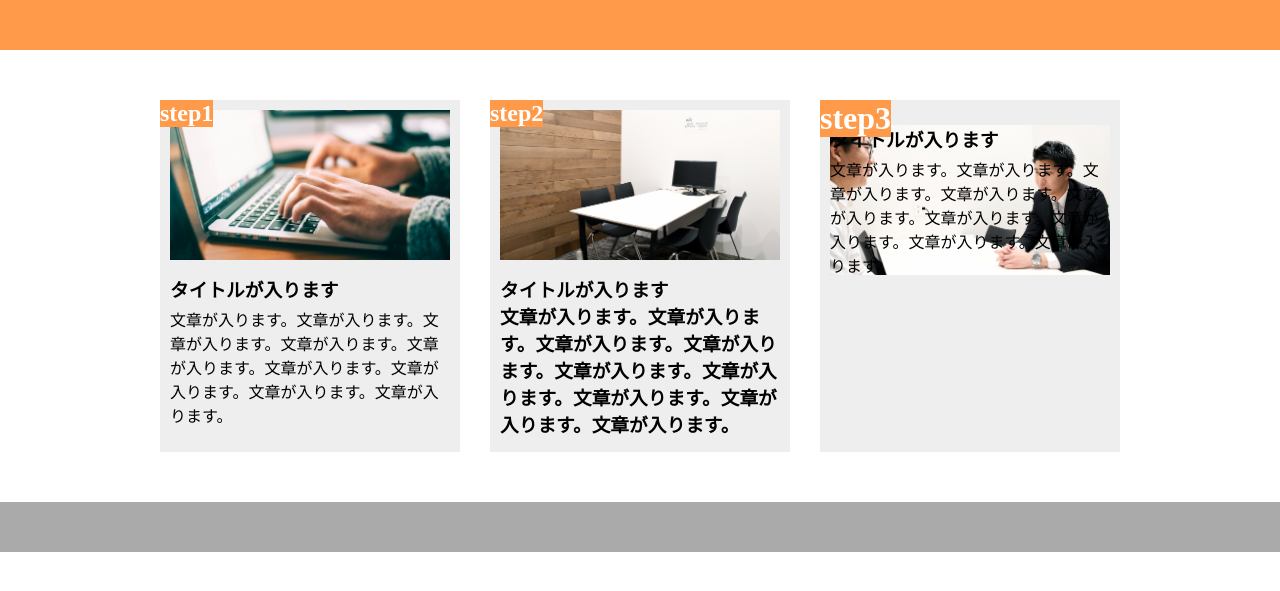
Repository: rie-koyuzu/kadai
Page: kadai/index.html
The author's editor kept a record of every edit. The page is drawn from the files as they stood at one moment, then again after the next edit.
The browser window is 1280 px wide. The pictures show the whole page.
Some web libraries are served in a nearby version.

Above is the page before.

### kadai/index.html
<!DOCTYPE html>
<html lang="ja">

  <head>

    <meta charset="UTF-8" />
    <script src="https://kit.fontawesome.com/42ccd6fdce.js" crossorigin="anonymous"></script>
    <link rel="stylesheet" href="style.css" />
    <title>chapter10</title>
  </head>


  <body>
    <header>
      <div class="header"></div>
    </header>


<main>
    <div class="step-box">
      <h1><div class="step1-item"></h1>
        <!--<section class="main-step-text">-->
          <h2 class="step-num">step1</h2>
          <h3 class="step-title">タイトルが入ります</h3>
          <p>文章が入ります。文章が入ります。文章が入ります。文章が入ります。文章が入ります。文章が入ります。文章が入ります。文章が入ります。文章が入ります。
          </p>
          <!--</section>-->
          </div>
          </div>

    <div class="step-box">
      <h1><div class="step2-item"></h1>
        <!--<section class="main-step-text">-->
          <h2 class="step-num">step2</h2>
          <h3 class="step-title">タイトルが入ります
          <p>文章が入ります。文章が入ります。文章が入ります。文章が入ります。文章が入ります。文章が入ります。文章が入ります。文章が入ります。文章が入ります。
          </p>
         <!--</section>-->
          </div>
          </div>

   <div class="step-box">
     <div class="step3-item">
        <!--<section class="main-step-text">-->
          <h1 class="step-num">step3</h1>
          <h3 class="step-title">タイトルが入ります</h3>
          <p>文章が入ります。文章が入ります。文章が入ります。文章が入ります。文章が入ります。文章が入ります。文章が入ります。文章が入ります。文章が入ります。
          </p>
          <!--</section>-->
          </div>
          </div>

    </div>
  </main>





<footer>
    <div class="footer"></div>
    </footer>



  </body>
</html>

### kadai/style.css
* {
  box-sizing: border-box;
  margin: 0;
  padding: 0;
}


header {
  height: 50px;
  background-color: #ff9a4b;
}

main {
  width: 960px;
  display: flex;
  margin: 50px auto;
}

.step-box {
  width: 300px;
  margin-right: 30px;
  padding: 10px;
  position: relative;
  background-color: #eeeeee;
}

.step-box:last-child {
  margin-right: 0;
}

.step1-item {
  height: 150px;
  background-image: url(img/flow01.png);
  background-position: bottom;
  background-size: cover;
}

.step2-item {
  height: 150px;
  background-image: url(img/flow02.png);
  background-position: bottom;
  background-size: cover;
}

.step3-item {
  height: 150px;
  background-image: url(img/flow03.png);
  background-position: bottom;
  background-size: cover;
}

.step-num {
  position: absolute;
  top: 0;
  left: 0;
  background-color: #ff9a4b;
  color: #ffffff;
}

.step-title {
  margin: 15px 0 5px;
}


footer {
  height: 50px;
  background-color: #aaaaaa;
}

@media screen and (max-width: 768px) {
  header {
    width: 100%;
  }

  main {
    width: 100%;
    display: block;
    margin-top: 50px;
    margin-left: 10%;
    margin-right: 10%;
  }

  .step-box {
    padding-top: 50px;
    margin-top: 20px;
    width: 100%;
  }

  .step1-item {
    height: 150px;

  }

  .step2-item {
    width: 100%;
  }

  .step3-item {
    width: 100%;
  }

After the next edit:
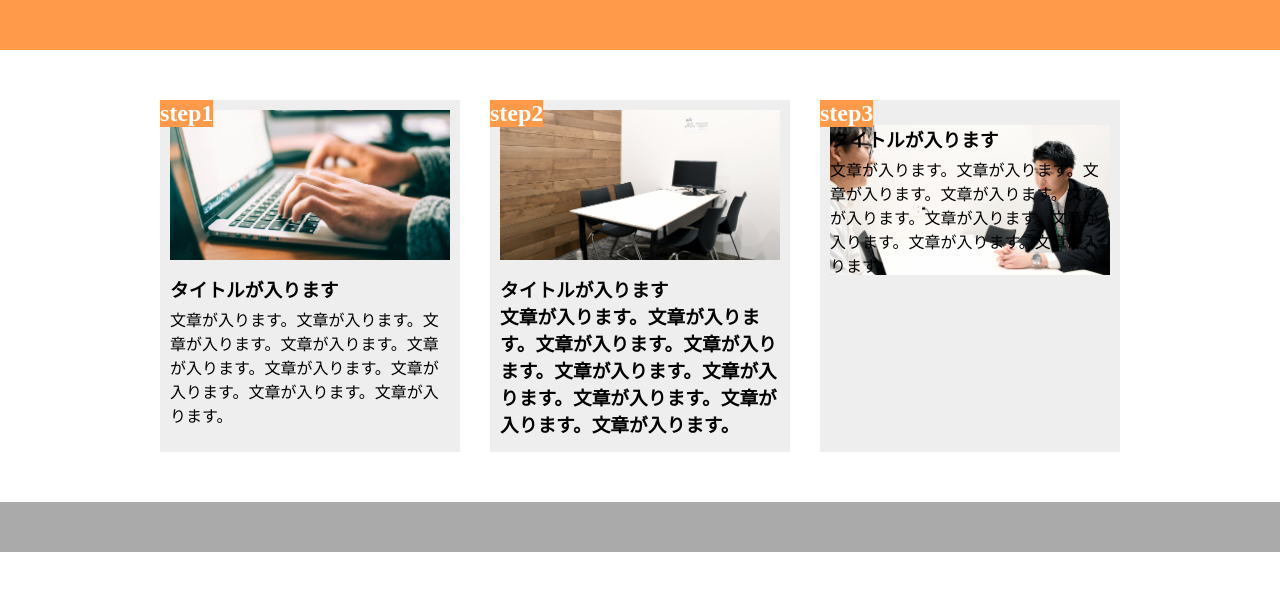
The edit:
--- a/kadai/index.html
+++ b/kadai/index.html
@@ -42,7 +42,7 @@
    <div class="step-box">
      <div class="step3-item">
         <!--<section class="main-step-text">-->
-          <h1 class="step-num">step3</h1>
+          <h2 class="step-num">step3</h2>
           <h3 class="step-title">タイトルが入ります</h3>
           <p>文章が入ります。文章が入ります。文章が入ります。文章が入ります。文章が入ります。文章が入ります。文章が入ります。文章が入ります。文章が入ります。
           </p>
